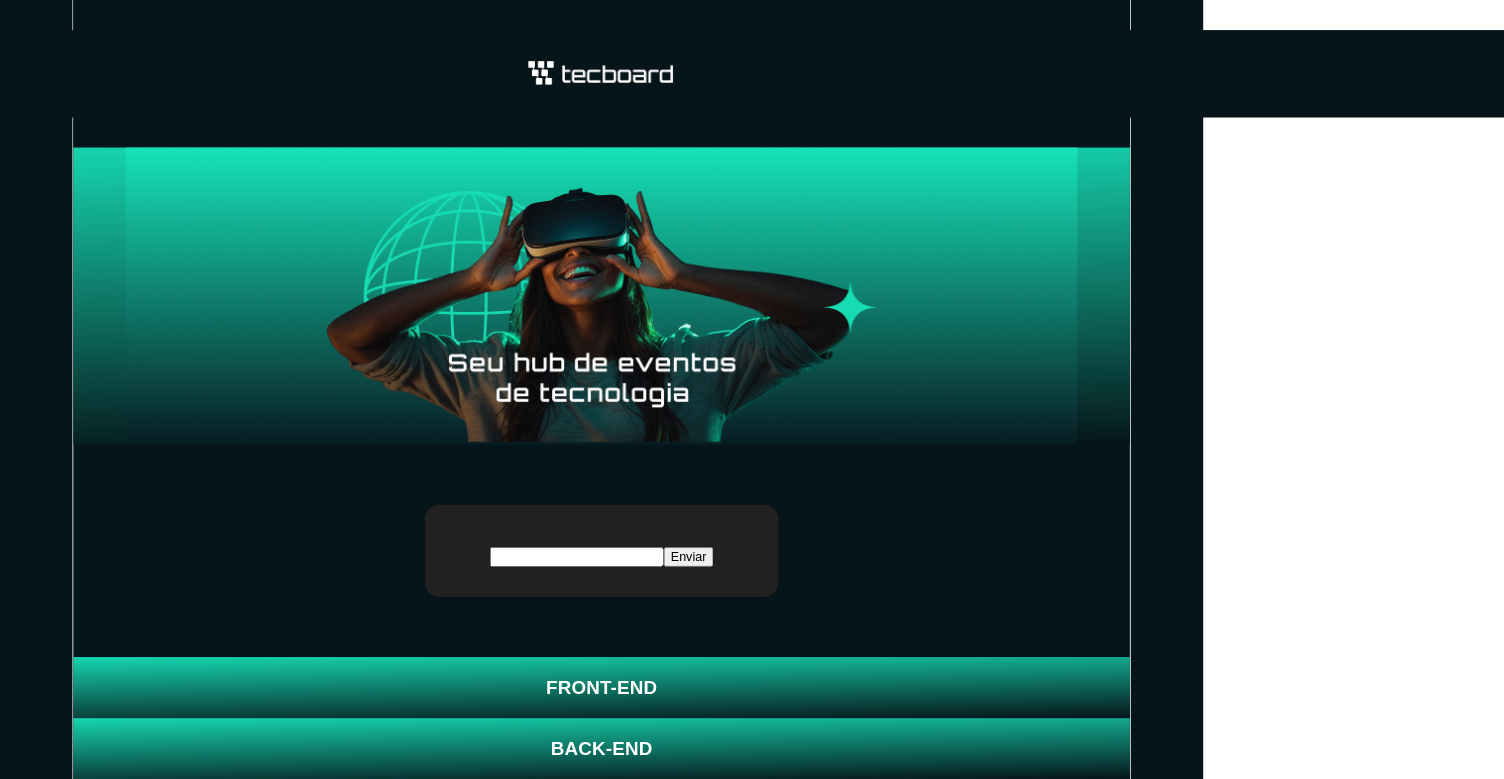
Repository: fernandadev12/techboard
Page: /
An editor plug-in stored every save of this project. The page is shown before and after the next save, followed by the edit.
The browser window is 1280 px wide. The page is 1600 px wide, so the pictures cover 1600 px, including what lies to the right of the window. The pictures show the whole page, at 94% of full size.
The project was rebuilt for these pictures with package versions that can differ from the ones it lists, and the page was loaded fresh each time. Also part of the build but not shown: vite.config.js.

Above is the page before, as saved 2026-06-14 14:45:09.

### index.html
<!doctype html>
<html lang="en">
  <head>
    <meta charset="UTF-8" />
    <link rel="icon" type="image/svg+xml" href="/favicon.svg" />
    <meta name="viewport" content="width=device-width, initial-scale=1.0" />
    <link rel="preconnect" href="https://fonts.googleapis.com" />
    <link rel="preconnect" href="https://fonts.gstatic.com" crossorigin />
    <link
      href="https://fonts.googleapis.com/css2?family=Orbitron:wght@400..900&display=swap"
      rel="stylesheet"
    />
    <title>techboard</title>
  </head>
  <body>
    <div id="root"></div>
    <script type="module" src="/src/main.jsx"></script>
  </body>
</html>

### src/index.css
:root {
  --text: #6b6375;
  --text-h: #08060d;
  --bg: #fff;
  --border: #e5e4e7;
  --code-bg: #f4f3ec;
  --accent: #aa3bff;
  --accent-bg: rgba(170, 59, 255, 0.1);
  --accent-border: rgba(170, 59, 255, 0.5);
  --social-bg: rgba(244, 243, 236, 0.5);
  --shadow:
    rgba(0, 0, 0, 0.1) 0 10px 15px -3px, rgba(0, 0, 0, 0.05) 0 4px 6px -2px;

  --sans: system-ui, "Segoe UI", Roboto, sans-serif;
  --heading: system-ui, "Segoe UI", Roboto, sans-serif;
  --mono: ui-monospace, Consolas, monospace;

  font: 18px/145% var(--sans);
  letter-spacing: 0.18px;
  color-scheme: light dark;
  color: var(--text);
  background: var(--bg);
  font-synthesis: none;
  text-rendering: optimizeLegibility;
  -webkit-font-smoothing: antialiased;
  -moz-osx-font-smoothing: grayscale;

  @media (max-width: 1024px) {
    font-size: 16px;
  }
}

@media (prefers-color-scheme: dark) {
  :root {
    --text: #9ca3af;
    --text-h: #f3f4f6;
    --bg: #16171d;
    --border: #2e303a;
    --code-bg: #1f2028;
    --accent: #c084fc;
    --accent-bg: rgba(192, 132, 252, 0.15);
    --accent-border: rgba(192, 132, 252, 0.5);
    --social-bg: rgba(47, 48, 58, 0.5);
    --shadow:
      rgba(0, 0, 0, 0.4) 0 10px 15px -3px, rgba(0, 0, 0, 0.25) 0 4px 6px -2px;
  }

  #social .button-icon {
    filter: invert(1) brightness(2);
  }
}

body {
  margin: 0;
  background-color: #06151a;
}

#root {
  width: 1126px;
  max-width: 100%;
  margin: 0 auto;
  text-align: center;
  border-inline: 1px solid var(--border);
  min-height: 100svh;
  display: flex;
  flex-direction: column;
  box-sizing: border-box;
}

h1,
h2 {
  font-family: var(--heading);
  font-weight: 500;
  color: var(--text-h);
}

h1 {
  font-size: 56px;
  letter-spacing: -1.68px;
  margin: 32px 0;
  @media (max-width: 1024px) {
    font-size: 36px;
    margin: 20px 0;
  }
}
h2 {
  font-size: 24px;
  line-height: 118%;
  letter-spacing: -0.24px;
  margin: 0 0 8px;
  @media (max-width: 1024px) {
    font-size: 20px;
  }
}
p {
  margin: 0;
}

code,
.counter {
  font-family: var(--mono);
  display: inline-flex;
  border-radius: 4px;
  color: var(--text-h);
}

code {
  font-size: 15px;
  line-height: 135%;
  padding: 4px 8px;
  background: var(--code-bg);
}

### src/App.jsx
import "./App.css";
import { Banner } from "./componentes/Banner";
import { Tema } from "./componentes/Tema";
import { FormularioDeEvento } from "./componentes/FormularioDeEvento";

function App() {
  const temas = [
    {
      id: 1,
      nome: "Front-end",
    },
    {
      id: 2,
      nome: "Back-end",
    },
    {
      id: 3,
      nome: "Mobile",
    },
    {
      id: 4,
      nome: "DevOps",
    },
    {
      id: 5,
      nome: "Inteligência Artificial",
    },
    {
      id: 6,
      nome: "Cloud",
    },
  ];

  return (
    <main>
      <header>
        <img src="/Header.png"></img>
      </header>
      <Banner />
      <FormularioDeEvento />
      <section>
        <Tema tema={temas[0]} />
      </section>
      <section>
        <Tema tema={temas[1]} />
      </section>
    </main>
  );
}

export default App;

### src/App.css
header {
  background-color: #06151a;
  padding: 32px;
  display: flex;
  justify-content: center;
}
section {
  background: linear-gradient(179deg, #16d5af 0%, #06151a);
  display: flex;
  justify-content: center;
}
section img {
  max-width: 90%;
}

.form-evento {
  background-color: #212121;
  padding: 32px 28px;
  border-radius: 15px;
  width: 394px;
  margin: 64px auto;
  max-width: 320px;
}
.hero {
  position: relative;

  .base,
  .framework,
  .vite {
    inset-inline: 0;
    margin: 0 auto;
  }

  .base {
    width: 170px;
    position: relative;
    z-index: 0;
  }

  .framework,
  .vite {
    position: absolute;
  }

  .framework {
    z-index: 1;
    top: 34px;
    height: 28px;
    transform: perspective(2000px) rotateZ(300deg) rotateX(44deg) rotateY(39deg)
      scale(1.4);
  }

  .vite {
    z-index: 0;
    top: 107px;
    height: 26px;
    width: auto;
    transform: perspective(2000px) rotateZ(300deg) rotateX(40deg) rotateY(39deg)
      scale(0.8);
  }
}

#center {
  display: flex;
  flex-direction: column;
  gap: 25px;
  place-content: center;
  place-items: center;
  flex-grow: 1;

  @media (max-width: 1024px) {
    padding: 32px 20px 24px;
    gap: 18px;
  }
}

#next-steps {
  display: flex;
  border-top: 1px solid var(--border);
  text-align: left;

  & > div {
    flex: 1 1 0;
    padding: 32px;
    @media (max-width: 1024px) {
      padding: 24px 20px;
    }
  }

  .icon {
    margin-bottom: 16px;
    width: 22px;
    height: 22px;
  }

  @media (max-width: 1024px) {
    flex-direction: column;
    text-align: center;
  }
}

#docs {
  border-right: 1px solid var(--border);

  @media (max-width: 1024px) {
    border-right: none;
    border-bottom: 1px solid var(--border);
  }
}

#next-steps ul {
  list-style: none;
  padding: 0;
  display: flex;
  gap: 8px;
  margin: 32px 0 0;

  .logo {
    height: 18px;
  }

  a {
    color: var(--text-h);
    font-size: 16px;
    border-radius: 6px;
    background: var(--social-bg);
    display: flex;
    padding: 6px 12px;
    align-items: center;
    gap: 8px;
    text-decoration: none;
    transition: box-shadow 0.3s;

    &:hover {
      box-shadow: var(--shadow);
    }
    .button-icon {
      height: 18px;
      width: 18px;
    }
  }

  @media (max-width: 1024px) {
    margin-top: 20px;
    flex-wrap: wrap;
    justify-content: center;

    li {
      flex: 1 1 calc(50% - 8px);
    }

    a {
      width: 100%;
      justify-content: center;
      box-sizing: border-box;
    }
  }
}

#spacer {
  height: 88px;
  border-top: 1px solid var(--border);
  @media (max-width: 1024px) {
    height: 48px;
  }
}

.ticks {
  position: relative;
  width: 100%;

  &::before,
  &::after {
    content: "";
    position: absolute;
    top: -4.5px;
    border: 5px solid transparent;
  }

  &::before {
    left: 0;
    border-left-color: var(--border);
  }
  &::after {
    right: 0;
    border-right-color: var(--border);
  }
}

### src/componentes/Banner/index.jsx
import "./bannerstyles.css";

export function Banner() {
  return (
    <section className="banner">
      <img src="/Banner.jpg"></img>
    </section>
  );
}

### src/componentes/Tema/index.jsx
import "./temastyles.css";

export function Tema({ tema }) {
  return <h3 className="titulotema">{tema.nome}</h3>;
}

### src/componentes/FormularioDeEvento/index.jsx
import { TituloFormulario } from "../TituloFormulario";
import { CampoFormulario } from "../CampoDeFormulario";
import { BotaoFormulario } from "../Botao";
import { LabelFormulario } from "../Label";

export function FormularioDeEvento() {
  return (
    <form className="form-evento">
      <TituloFormulario />
      <LabelFormulario />
      <CampoFormulario />
      <input type="text" id="nome" />
      <BotaoFormulario />
    </form>
  );
}

### src/componentes/Banner/bannerstyles.css
.banner {
  background: linear-gradient(179deg, #16d5af 0%, #06151a);
  display: flex;
  justify-content: center;
}

.banner img {
  max-width: 90%;
}

### src/componentes/Tema/temastyles.css
.titulotema {
  color: #fff;
  font-family: "Orbiton", sans-serif;
  font-weight: 600;
  font-size: 20px;
  line-height: 125%;
  letter-spacing: 10%;
  vertical-align: middle;
  text-transform: uppercase;
}

### src/componentes/TituloFormulario/index.jsx
import "./titulostyle.css";

// export function TituloFormulario() {
//   return <h3 class="tituloform">Preencha para criar um evento:</h3>;
// }
export function TituloFormulario({ children }) {
  return <h2 className="tituloform">{children}</h2>;
}

### src/componentes/CampoDeFormulario/index.jsx
import "./campoformestyles.css";

export function CampoFormulario({ children }) {
  return <fieldset className="campoform">{children}</fieldset>;
}

### src/componentes/Botao/index.jsx
export function BotaoFormulario() {
  return <button type="submit">Enviar</button>;
}

### src/componentes/Label/index.jsx
import "./labelstyles.css";

export function LabelFormulario({ children, htmlFor }) {
  return (
    <label className="label" htmlFor={htmlFor}>
      {children}
    </label>
  );
}

### src/componentes/TituloFormulario/titulostyle.css
.tituloform {
  font-family:
    "Trebuchet MS", "Lucida Sans Unicode", "Lucida Grande", "Lucida Sans",
    Arial, sans-serif;
  font-weight: 400;
  font-size: 20px;
  line-height: 125%;
  color: #fff;
}

### src/componentes/CampoDeFormulario/campoformestyles.css
.campoform {
  display: flex;
  flex-direction: column;
  gap: 8px;
  border: none;
  padding: 0;
  margin: 0;
}

### src/componentes/Label/labelstyles.css
.label {
  font-family:
    "Trebuchet MS", "Lucida Sans Unicode", "Lucida Grande", "Lucida Sans",
    Arial, sans-serif;
  font-weight: 400;
  font-size: 20px;
  line-height: 125%;
  color: #fff;
}

Loaded but not shown: src/main.jsx (common file)

After the next save:
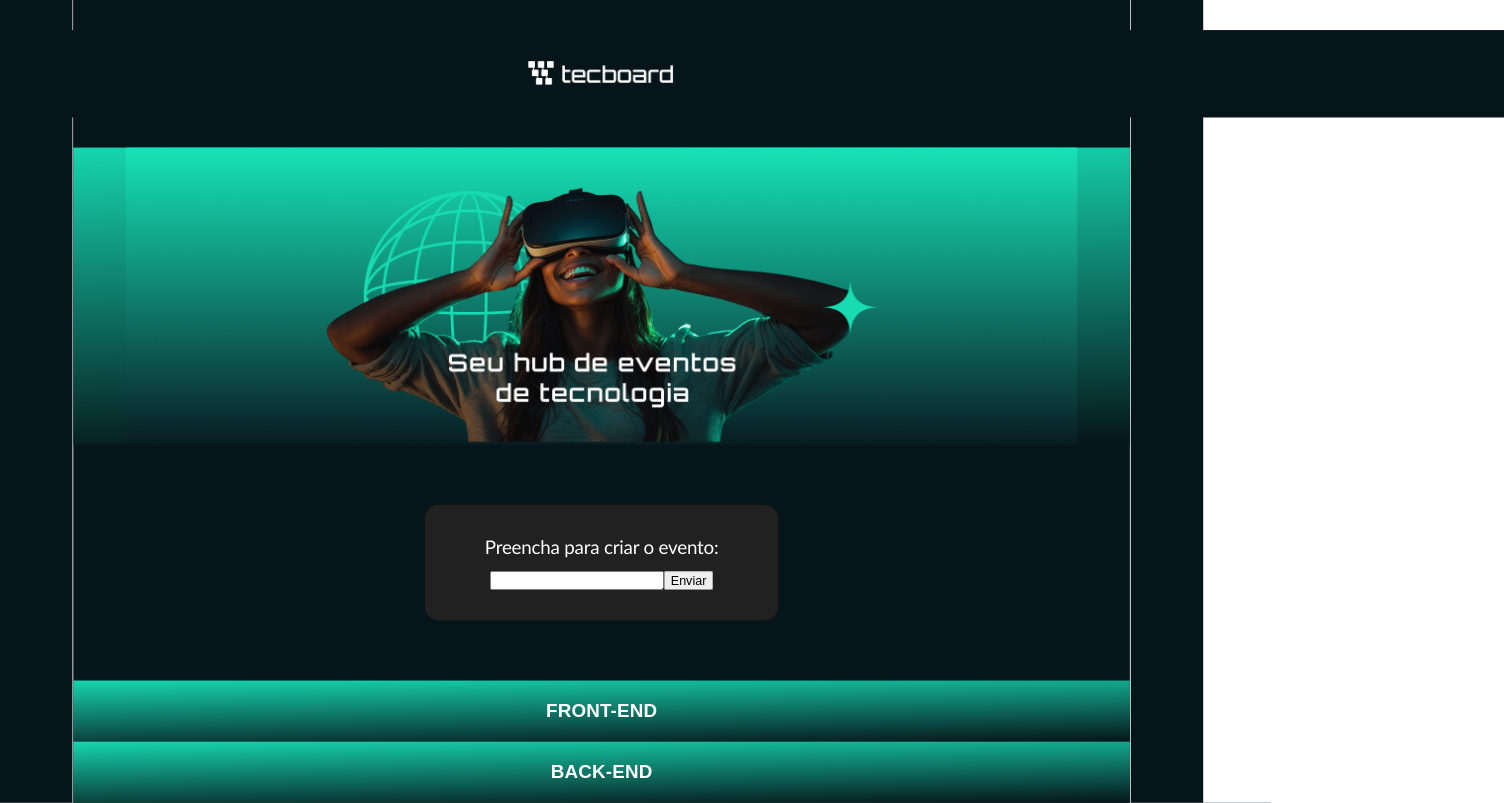
Saved 53 s later.
--- a/src/componentes/FormularioDeEvento/index.jsx
+++ b/src/componentes/FormularioDeEvento/index.jsx
@@ -6,7 +6,7 @@
 export function FormularioDeEvento() {
   return (
     <form className="form-evento">
-      <TituloFormulario />
+      <TituloFormulario> Preencha para criar o evento:</TituloFormulario>
       <LabelFormulario />
       <CampoFormulario />
       <input type="text" id="nome" />
